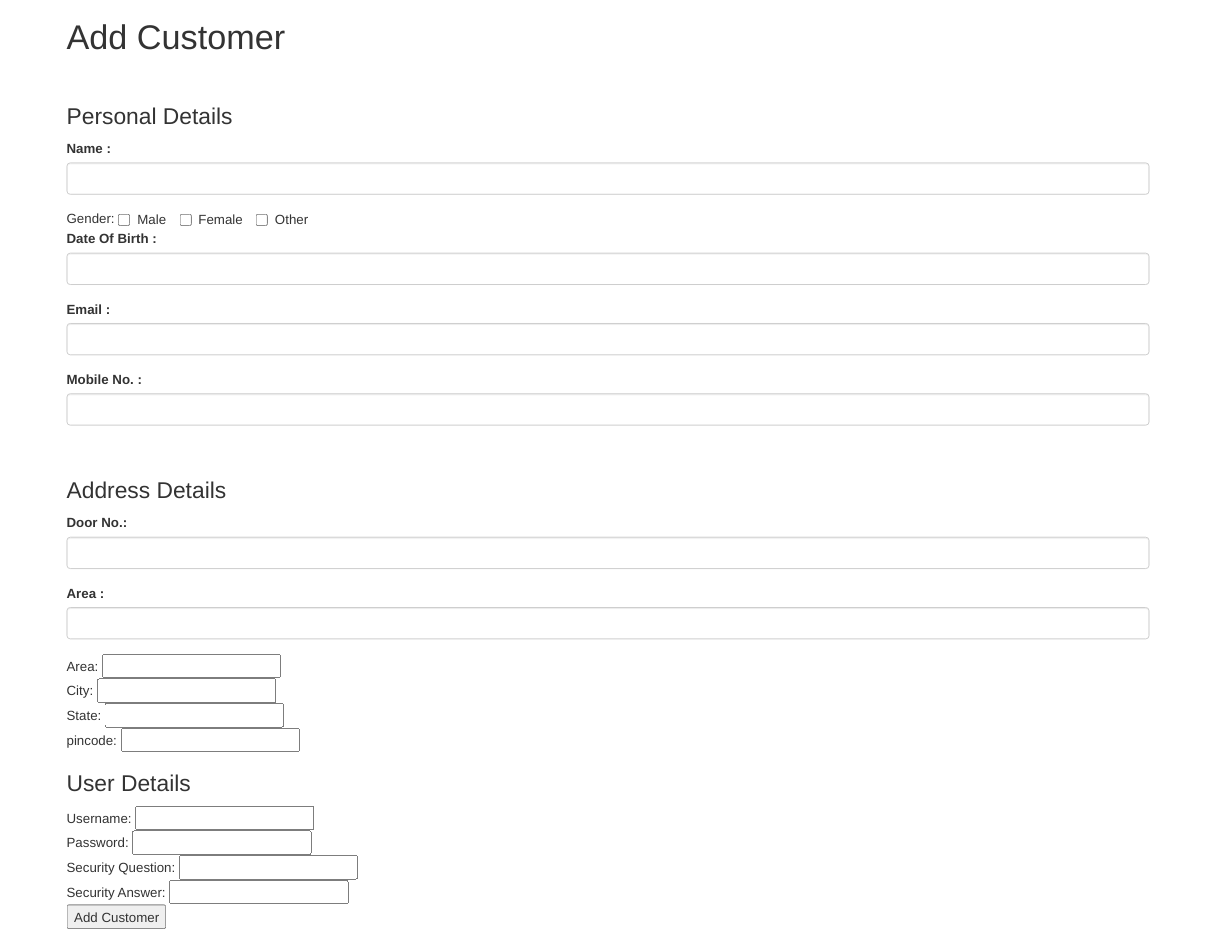
Repository: Shubham-Gawade/SpringHibernateTraining
Page: http://localhost/xorbankonline/WEB-INF/pages/addcustomer.jsp
The author's editor kept a copy of each file at every save. The page is drawn from the files as they stood at one save, then again after the next save.
The browser window is 1280 px wide. The pictures show the whole page, at 95% of full size.
The page is served by Tomcat 9. Nobody is signed in. Other server files are loaded and not shown. The template is opened directly, without the code that normally fills it, so the values that code supplies are empty.

Above is the page before, as saved 2021-10-07 04:29:16.

### xorbankonline/src/main/webapp/WEB-INF/pages/addcustomer.jsp
<%@ page language="java" contentType="text/html; charset=ISO-8859-1"
    pageEncoding="ISO-8859-1"%>
<%@ taglib prefix="form" uri="http://www.springframework.org/tags/form" %>
<!DOCTYPE html>
<html>
<head>
<meta charset="ISO-8859-1">
<title>Insert title here</title>
<link rel="stylesheet" href="https://maxcdn.bootstrapcdn.com/bootstrap/3.3.7/css/bootstrap.min.css">
</head>
<body class="container">
	<h1>Add Customer</h1>
	<form:form action="addcustomer" method="post" modelAttribute="customerObj">
		<br/>
		<h3>Personal Details</h3>
		<div class="form-group">
		    <label for="name">Name :</label>
		    <form:input type="text" path="personName" class="form-control" name="name"/>
		</div>
		Gender:
		<label class="checkbox-inline"><input type="checkbox" value="MALE">Male</label>
		<label class="checkbox-inline"><input type="checkbox" value="FEMALE">Female</label>
		<label class="checkbox-inline"><input type="checkbox" value="OTHER">Other</label>
		<div class="form-group">
		    <label for="dateOfBirth">Date Of Birth :</label>
		    <input type="text" class="form-control" name="dateOfBirth">
		</div>
		<div class="form-group">
		    <label for="email">Email :</label>
		    <form:input type="email" class="form-control" path="email" name="email"/>
		</div>
		<div class="form-group">
		    <label for="email">Mobile No. :</label>
		    <form:input type="number" class="form-control" path="mobileNo" name="mobileNo"/>
		</div>

		<br/>
		<h3>Address Details</h3>
		<div class="form-group">
		    <label for="doorNo">Door No.:</label>
		    <form:input type="text" class="form-control" path="address.doorNo" name="doorNo"/>
		</div>
		<div class="form-group">
		    <label for="area">Area :</label>
		    <form:input type="text" class="form-control" path="address.area" name="area"/>
		</div>
		Area: <form:input path="address.area" type="text"/><br/>
		City: <form:input path="address.city" type="text"/><br/>
		State: <form:input path="address.state" type="text"/><br/>
		pincode: <form:input path="address.pincode" type="text"/><br/>

		<h3>User Details</h3>
		Username: <form:input path="user.userName" type="text"/><br/>
		Password: <form:input path="user.password" type="password"/><br/>
		Security Question: <form:input path="user.securityQuestion" type="text"/><br/>
		Security Answer: <form:input path="user.securityAnswer" type="text"/><br/>
		<input type="submit" value="Add Customer"/>
	</form:form>
</body>
</html>

After the next save:
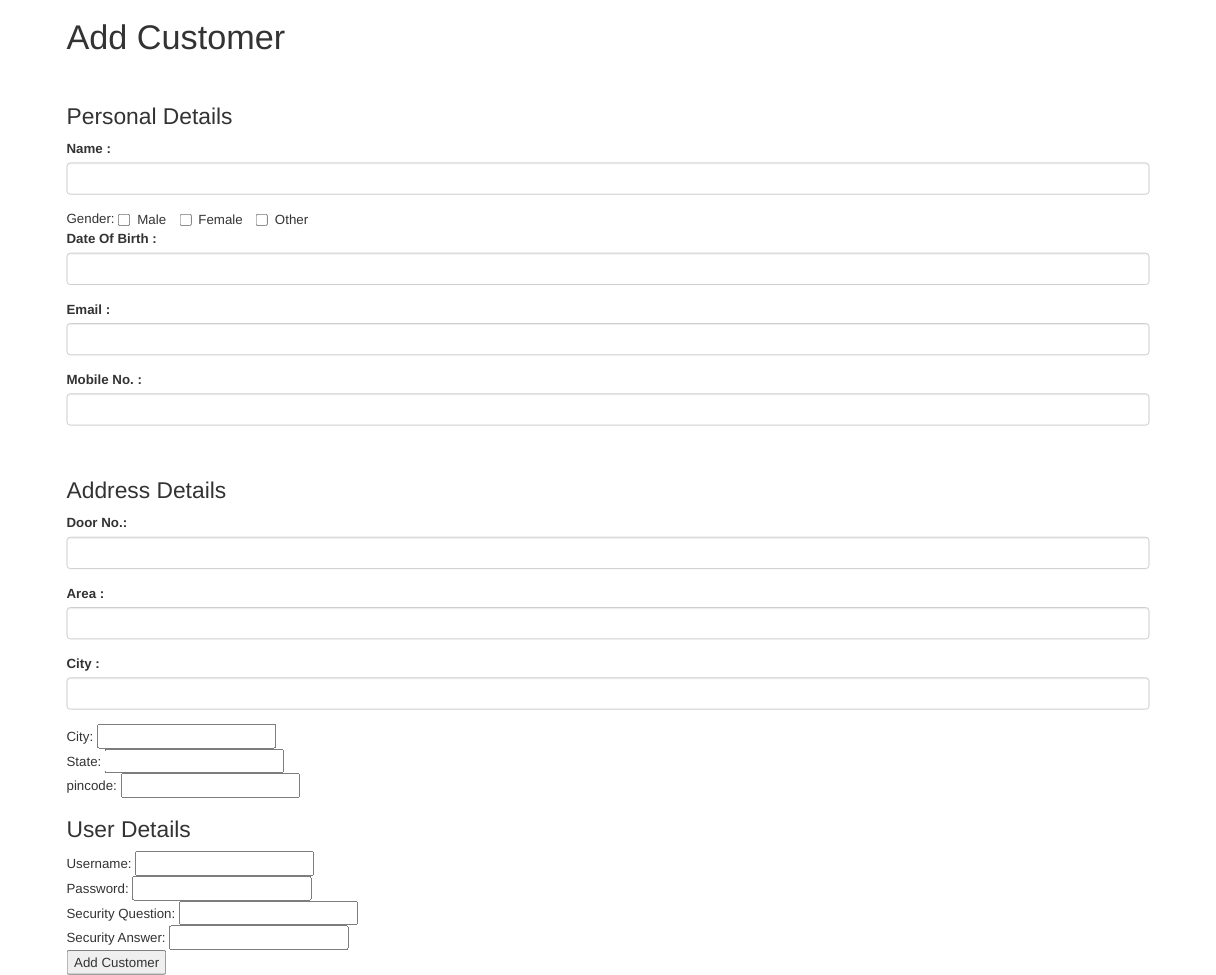
Saved 14 s later.
--- a/xorbankonline/src/main/webapp/WEB-INF/pages/addcustomer.jsp
+++ b/xorbankonline/src/main/webapp/WEB-INF/pages/addcustomer.jsp
@@ -44,7 +44,10 @@
 		    <label for="area">Area :</label>
 		    <form:input type="text" class="form-control" path="address.area" name="area"/>
 		</div>
-		Area: <form:input path="address.area" type="text"/><br/>
+		<div class="form-group">
+		    <label for="area">City :</label>
+		    <form:input type="text" class="form-control" path="address.area" name="area"/>
+		</div>
 		City: <form:input path="address.city" type="text"/><br/>
 		State: <form:input path="address.state" type="text"/><br/>
 		pincode: <form:input path="address.pincode" type="text"/><br/>
